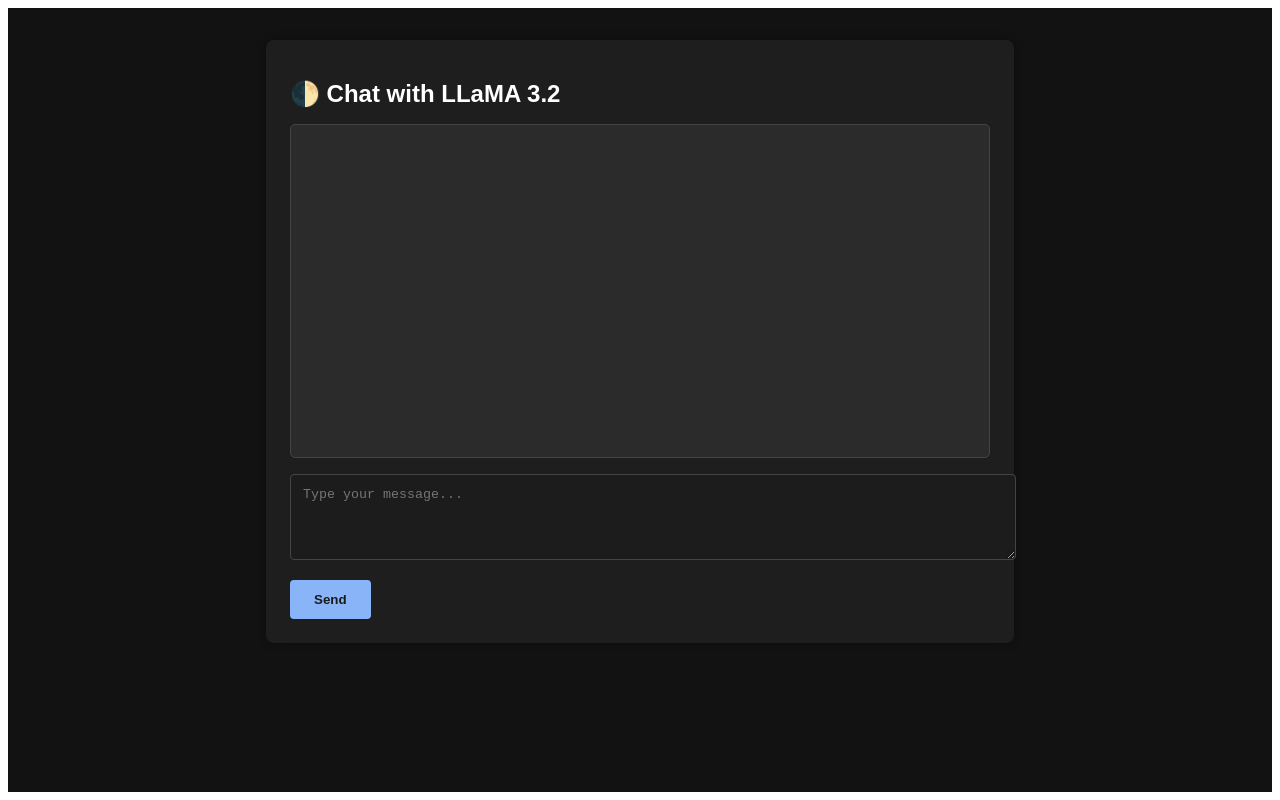
Repository: Theanh0410/Pre-thesis
Page: / (app in LLM/client/)
These files come from the project's save history. The page is drawn as it stood at one moment and after the next save; the edit follows.
The browser window is 1280 px wide. The pictures show the whole page.
The project was rebuilt for these pictures with package versions that can differ from the ones it lists, and the page was loaded fresh each time. The framework's server and built-in components were replaced by stand-ins that run in the browser. Also part of the build but not shown: LLM/client/next.config.js, LLM/client/next.config.mjs.

Above is the page before, as saved 2025-04-08 01:15:16.

### LLM/client/pages/index.js
import { useState } from 'react';

export default function ChatApp() {
  const [prompt, setPrompt] = useState('');
  const [messages, setMessages] = useState([]);
  const [loading, setLoading] = useState(false);

  const sendPrompt = async () => {
    if (!prompt.trim()) return;

    const userMsg = { role: 'user', text: prompt };
    setMessages(prev => [...prev, userMsg]);
    setPrompt('');
    setLoading(true);

    try {
      const res = await fetch('/api/chat', {
        method: 'POST',
        headers: { 'Content-Type': 'application/json' },
        body: JSON.stringify({ prompt: userMsg.text }),
      });

      if (!res.ok || !res.body) {
        throw new Error(`HTTP error: ${res.status}`);
      }

      let botMsg = { role: 'bot', text: '' };
      setMessages(prev => [...prev, botMsg]);

      const reader = res.body.getReader();
      const decoder = new TextDecoder();

      while (true) {
        const { done, value } = await reader.read();
        if (done) break;

        const chunk = decoder.decode(value);
        botMsg = { ...botMsg, text: botMsg.text + chunk };
        setMessages(prev => [...prev.slice(0, -1), botMsg]);
      }

    } catch (err) {
      console.error(err);
      setMessages(prev => [
        ...prev.slice(0, -1),
        { role: 'bot', text: `❌ Error: ${err.message}` }
      ]);
    } finally {
      setLoading(false);
    }
  };

  return (
    <main style={styles.main}>
      <div style={styles.container}>
        <h1 style={styles.title}>🌓 Chat with LLaMA 3.2</h1>

        <div style={styles.chatWindow}>
          {messages.map((msg, idx) => (
            <div key={idx} style={{
              ...styles.message,
              color: msg.role === 'user' ? '#8ab4f8' : '#81c995'
            }}>
              <strong>{msg.role === 'user' ? 'You' : 'LLaMA'}:</strong> {msg.text}
            </div>
          ))}
          {loading && <div style={styles.typing}>LLaMA is typing...</div>}
        </div>

        <textarea
          style={styles.input}
          rows={4}
          value={prompt}
          onChange={e => setPrompt(e.target.value)}
          placeholder="Type your message..."
          onKeyDown={e => {
            if (e.key === 'Enter' && !e.shiftKey) {
              e.preventDefault();
              sendPrompt();
            }
          }}
        />

        <button
          style={styles.button}
          onClick={sendPrompt}
          disabled={loading || !prompt.trim()}
        >
          {loading ? 'Thinking...' : 'Send'}
        </button>
      </div>
    </main>
  );
}

const styles = {
  main: {
    padding: '2rem',
    background: '#121212',
    fontFamily: 'Arial, sans-serif',
    minHeight: '100vh',
    color: '#e0e0e0'
  },
  container: {
    maxWidth: '700px',
    margin: 'auto',
    background: '#1e1e1e',
    padding: '1.5rem',
    borderRadius: '0.5rem',
    boxShadow: '0 0 10px rgba(0,0,0,0.3)'
  },
  title: {
    fontSize: '1.5rem',
    marginBottom: '1rem',
    color: '#fff'
  },
  chatWindow: {
    height: '300px',
    overflowY: 'auto',
    background: '#2b2b2b',
    border: '1px solid #444',
    borderRadius: '5px',
    padding: '1rem',
    marginBottom: '1rem'
  },
  message: {
    marginBottom: '0.75rem',
    whiteSpace: 'pre-wrap',
    wordBreak: 'break-word'
  },
  typing: {
    fontStyle: 'italic',
    color: '#aaa'
  },
  input: {
    width: '100%',
    padding: '0.75rem',
    border: '1px solid #444',
    borderRadius: '4px',
    resize: 'vertical',
    backgroundColor: '#1c1c1c',
    color: '#f5f5f5',
    marginBottom: '1rem'
  },
  button: {
    padding: '0.75rem 1.5rem',
    backgroundColor: '#8ab4f8',
    color: '#1a1a1a',
    fontWeight: 'bold',
    border: 'none',
    borderRadius: '4px',
    cursor: 'pointer'
  }
};

Loaded but not shown: LLM/client/pages/_app.js (common file); LLM/client/pages/_document.js (common file)

After the next save:
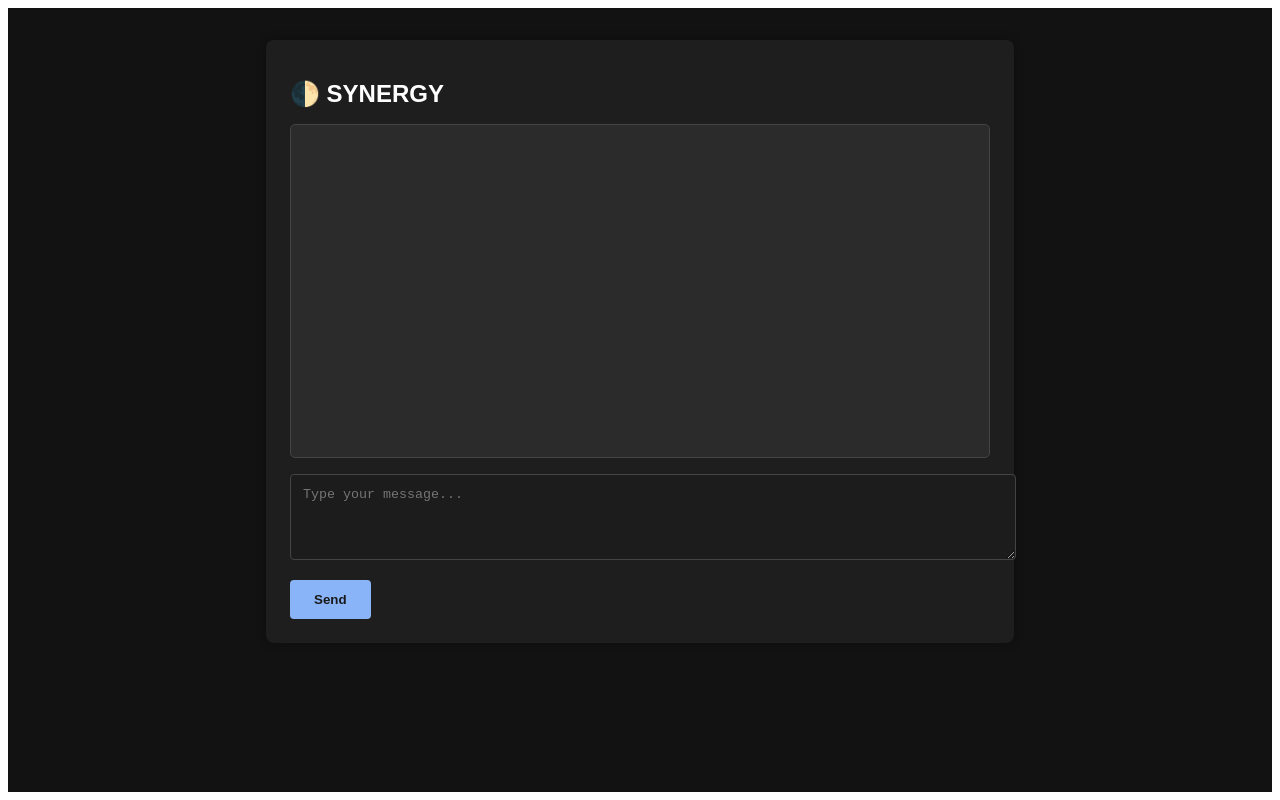
Saved 14 h 37 min later.
--- a/LLM/client/pages/index.js
+++ b/LLM/client/pages/index.js
@@ -53,7 +53,7 @@
   return (
     <main style={styles.main}>
       <div style={styles.container}>
-        <h1 style={styles.title}>🌓 Chat with LLaMA 3.2</h1>
+        <h1 style={styles.title}>🌓 SYNERGY</h1>
 
         <div style={styles.chatWindow}>
           {messages.map((msg, idx) => (
@@ -61,10 +61,10 @@
               ...styles.message,
               color: msg.role === 'user' ? '#8ab4f8' : '#81c995'
             }}>
-              <strong>{msg.role === 'user' ? 'You' : 'LLaMA'}:</strong> {msg.text}
+              <strong>{msg.role === 'user' ? 'You' : 'SYNERGY'}:</strong> {msg.text}
             </div>
           ))}
-          {loading && <div style={styles.typing}>LLaMA is typing...</div>}
+          {loading && <div style={styles.typing}>SYNERGY is typing...</div>}
         </div>
 
         <textarea
